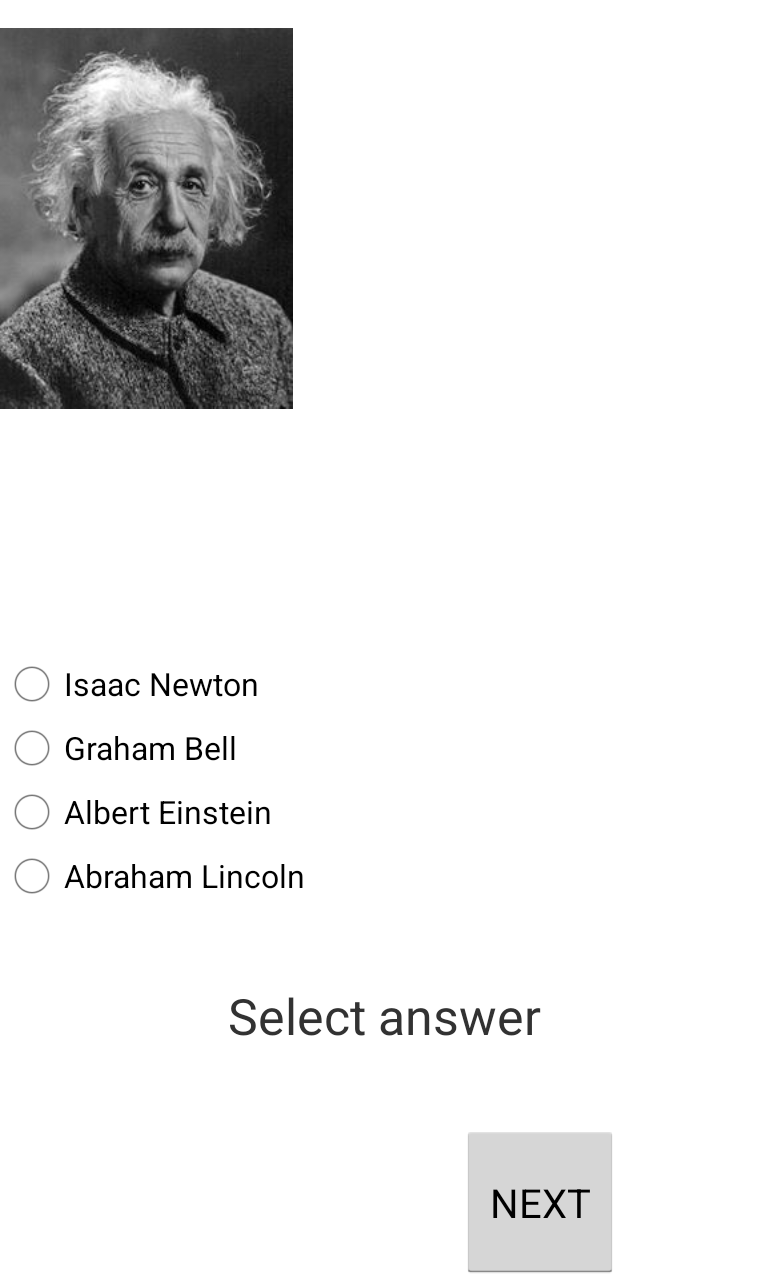
Repository: rupaligarje123/aakash
Layout: androidphotoquiz/FunChem1/photoquiz/res/layout/que2.xml
An editor plug-in stored every save of this project. The layout is shown before and after the next save, followed by the edit.
It is drawn on a 768 x 1280 px phone screen (xhdpi) without system bars, with theme AppTheme; the app's code is not run.

Above is the layout before, as saved 2013-04-18 11:04:13.

After the next save:
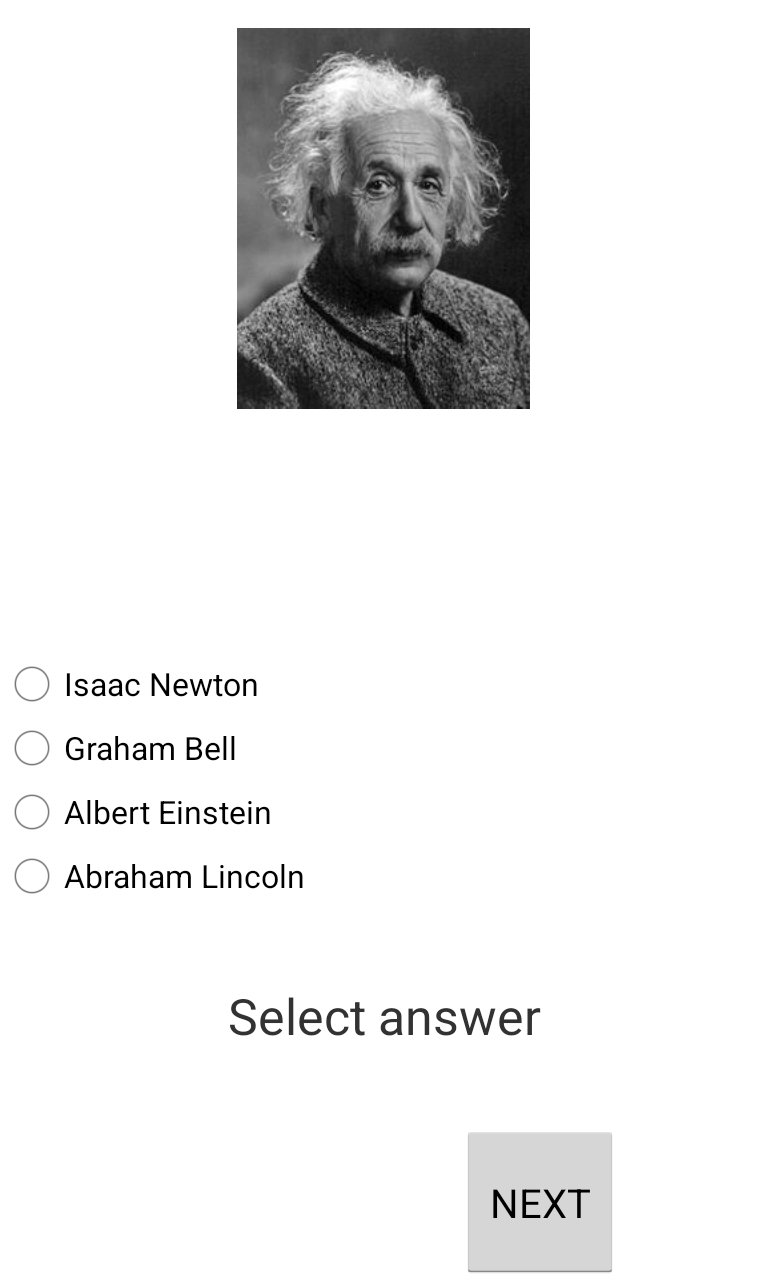
Saved 89 s later.
--- a/androidphotoquiz/FunChem1/photoquiz/res/layout/que2.xml
+++ b/androidphotoquiz/FunChem1/photoquiz/res/layout/que2.xml
@@ -9,7 +9,7 @@
         android:layout_width="wrap_content"
         android:layout_height="wrap_content"
         android:layout_weight="1"
-        android:gravity="center"
+       android:layout_gravity="center"
         android:src="@drawable/pic2" />
 
     <TextView
